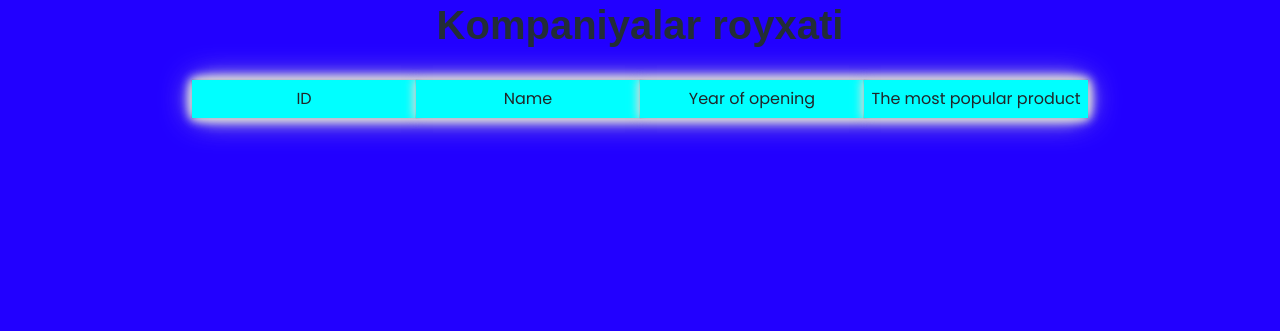
Repository: maqsudov0371/vazifa
Page: http://localhost/register/
These files come from the project's save history. The page is drawn as it stood at one moment and after the next save; the edit follows.
The browser window is 1280 px wide. The pictures show the whole page.
Some web fonts or font styles are not loaded; a fallback is used. The page is served by the project's application, run on Django 5.2 (manage.py). Other server files are loaded and not shown.

Above is the page before, as saved 2024-07-19 10:41:57.

### templates/register.html
<!doctype html>
<html lang="en">
<head>
    <meta charset="UTF-8">
    <meta name="viewport"
          content="width=device-width, user-scalable=no, initial-scale=1.0, maximum-scale=1.0, minimum-scale=1.0">
    <meta http-equiv="X-UA-Compatible" content="ie=edge">
    <title>MY LISTS</title>
    <link rel="stylesheet" href="style.css">

    <style>

/* Cascading style sheets */
body{
    background: rgb(34, 0, 255);
}

div{
    color: black;
    font-size: 20px;
    text-align: center;
}



table{
    width:50%;
    margin: 20px auto;

}
td{
    width: 20%;
    margin: 30px auto;
    background-color: aqua;
    text-align: center;
    padding: 7px;
    box-shadow: 0px 0px 10px silver, 0px 0px 10px white, 0px 0px 1px black;
}


table{
    width: 70%;
    margin: 30px auto;
    background-color: aqua;
    text-align: center;
    padding: 25px;
    border-radius: 15px;
    box-shadow: 0 0 30px silver, 0 0 15px white;
}

input{
    height: 25px;
    margin: 15px;
}

    </style>


</head>
<body>
    <div class="register">
        <h1>{{ list2 }}</h1>
    </div>
<!--<h2>  Hello world !  </h2>-->
<!--<h6>  Hello world !  </h6>-->
<!--<br>-->
<!--<input type="text">-->
<!--<img src="https://miro.medium.com/v2/resize:fit:1200/1*aYjzU0FuWPY9A87IKVN1Kg.jpeg" alt="No image">-->

<table >
    <thead>
        <tr>
            <td>ID</td>
            <td>Name</td>
            <td>Year of opening</td>
            <td>The most popular product</td>
        </tr>
    </thead>
    <tbody>
        {% for company in companys %}
        <!-- <td>{{ company.id }}</td>
    <tr>
        <td>{{ company.id }}</td>
        <td>{{ company.name }}</td>
        <td>{{ company.year }}</td>
        <td>{{ company.popular }}</td>
    </tr>
    {% endfor %}
    </tbody>
</table>
<br>
<br>




</body>
</html>

### main/views.py
from django.shortcuts import render


def blogs(request):
    cars = [
        {'id': 1 ,'name': 'BMW M5 E60', 'color': 'black', 'year': '2010'},
        {'id': 2, 'name': 'Mercedes-Benz S-Class', 'color': 'white', 'year': '2020'},
        {'id': 3, 'name': 'Toyota Camry', 'color': 'red', 'year': '2015'},
        {'id': 4, 'name': 'Honda Accord', 'color': 'blue', 'year': '2018'},
        ]
    context = {
        'list':'Mashinalar royhati',
        'cars': cars
    }
    return render(request, 'blog.html', context)


def register(request):
    companys = [
        {'id': 1, 'name': 'Tesla', 'year': '2003', 'popular': 'cars'},
        {'id': 2, 'name': 'Google', 'year': '1998', 'popular': 'search engine'},
        {'id': 3, 'name': 'Facebook', 'year': '2004', 'popular': 'social media'},
        {'id': 4, 'name': 'Instagram', 'year': '2010', 'popular': 'photo sharing'}

    ]
    context = {
        'list2':'Kompaniyalar royxati',
        'companys': companys
    }
    return render(request, 'register.html', context)


def comment_create(request):
    context = {
        'list3':'Dasturlash turlari'
    }
    return render(request, 'login.html', context)

### Blog/urls.py
"""
URL configuration for Blog project.

The `urlpatterns` list routes URLs to views. For more information please see:
    https://docs.djangoproject.com/en/5.0/topics/http/urls/
Examples:
Function views
    1. Add an import:  from my_app import views
    2. Add a URL to urlpatterns:  path('', views.home, name='home')
Class-based views
    1. Add an import:  from other_app.views import Home
    2. Add a URL to urlpatterns:  path('', Home.as_view(), name='home')
Including another URLconf
    1. Import the include() function: from django.urls import include, path
    2. Add a URL to urlpatterns:  path('blog/', include('blog.urls'))
"""
from django.contrib import admin
from django.urls import path, include
from django.conf.urls.static import static
from django.conf import settings

urlpatterns = [
    path('admin/', admin.site.urls),
    path('', include('main.urls'))
]+static(settings.MEDIA_URL, document_root=settings.MEDIA_ROOT)

### main/urls.py
from django.urls import path, include
from . import views

urlpatterns = [
    path('', views.blogs, name='index'),
    path('register/', views.register, name='register'),
    path('comment/create/', views.comment_create, name='comment_create'),
    path('authenticate/', include('main.authentication.urls')),
    path('dashboard/', include('main.dashboard.urls'))
]

### main/authentication/urls.py
from . import views
from django.urls import path

urlpatterns = [
    path('register', views.register_user, name='register_user'),
    path('login', views.login_user, name='login_user'),
    path('logout', views.log_out, name='log_out')
]

### main/dashboard/urls.py
from django.urls import path
from . import views

urlpatterns = [
    path('create/', views.blog_create, name='blog_create'),
    path('update/<int:id>/', views.blog_update, name='blog_update'),
    path('delete/<int:id>/', views.blog_delete, name='blog_delete'),
    path('blogs/', views.my_blogs, name='my_blogs'),
]

### static/css/others/pe-icon-7-stroke.css
@font-face {
	font-family: 'Pe-icon-7-stroke';
	src:url('../../fonts/Pe-icon-7-stroke.eot?d7yf1v');
	src:url('../../fonts/Pe-icon-7-stroke.eot?#iefixd7yf1v') format('embedded-opentype'),
		url('../../fonts/Pe-icon-7-stroke.woff?d7yf1v') format('woff'),
		url('../../fonts/Pe-icon-7-stroke.ttf?d7yf1v') format('truetype'),
		url('../../fonts/Pe-icon-7-stroke.svg?d7yf1v#Pe-icon-7-stroke') format('svg');
	font-weight: normal;
	font-style: normal;
}

[class^="pe-7s-"], [class*=" pe-7s-"] {
	display: inline-block;
	font-family: 'Pe-icon-7-stroke';
	speak: none;
	font-style: normal;
	font-weight: normal;
	font-variant: normal;
	text-transform: none;
	line-height: 1;

	/* Better Font Rendering =========== */
	-webkit-font-smoothing: antialiased;
	-moz-osx-font-smoothing: grayscale;
}

.pe-7s-album:before {
	content: "\e6aa";
}
.pe-7s-arc:before {
	content: "\e6ab";
}
.pe-7s-back-2:before {
	content: "\e6ac";
}
.pe-7s-bandaid:before {
	content: "\e6ad";
}
.pe-7s-car:before {
	content: "\e6ae";
}
.pe-7s-diamond:before {
	content: "\e6af";
}
.pe-7s-door-lock:before {
	content: "\e6b0";
}
.pe-7s-eyedropper:before {
	content: "\e6b1";
}
.pe-7s-female:before {
	content: "\e6b2";
}
.pe-7s-gym:before {
	content: "\e6b3";
}
.pe-7s-hammer:before {
	content: "\e6b4";
}
.pe-7s-headphones:before {
	content: "\e6b5";
}
.pe-7s-helm:before {
	content: "\e6b6";
}
.pe-7s-hourglass:before {
	content: "\e6b7";
}
.pe-7s-leaf:before {
	content: "\e6b8";
}
.pe-7s-magic-wand:before {
	content: "\e6b9";
}
.pe-7s-male:before {
	content: "\e6ba";
}
.pe-7s-map-2:before {
	content: "\e6bb";
}
.pe-7s-next-2:before {
	content: "\e6bc";
}
.pe-7s-paint-bucket:before {
	content: "\e6bd";
}
.pe-7s-pendrive:before {
	content: "\e6be";
}
.pe-7s-photo:before {
	content: "\e6bf";
}
.pe-7s-piggy:before {
	content: "\e6c0";
}
.pe-7s-plugin:before {
	content: "\e6c1";
}
.pe-7s-refresh-2:before {
	content: "\e6c2";
}
.pe-7s-rocket:before {
	content: "\e6c3";
}
.pe-7s-settings:before {
	content: "\e6c4";
}
.pe-7s-shield:before {
	content: "\e6c5";
}
.pe-7s-smile:before {
	content: "\e6c6";
}
.pe-7s-usb:before {
	content: "\e6c7";
}
.pe-7s-vector:before {
	content: "\e6c8";
}
.pe-7s-wine:before {
	content: "\e6c9";
}
.pe-7s-cloud-upload:before {
	content: "\e68a";
}
.pe-7s-cash:before {
	content: "\e68c";
}
.pe-7s-close:before {
	content: "\e680";
}
.pe-7s-bluetooth:before {
	content: "\e68d";
}
.pe-7s-cloud-download:before {
	content: "\e68b";
}
.pe-7s-way:before {
	content: "\e68e";
}
.pe-7s-close-circle:before {
	content: "\e681";
}
.pe-7s-id:before {
	content: "\e68f";
}
.pe-7s-angle-up:before {
	content: "\e682";
}
.pe-7s-wristwatch:before {
	content: "\e690";
}
.pe-7s-angle-up-circle:before {
	content: "\e683";
}
.pe-7s-world:before {
	content: "\e691";
}
.pe-7s-angle-right:before {
	content: "\e684";
}
.pe-7s-volume:before {
	content: "\e692";
}
.pe-7s-angle-right-circle:before {
	content: "\e685";
}
.pe-7s-users:before {
	content: "\e693";
}
.pe-7s-angle-left:before {
	content: "\e686";
}
.pe-7s-user-female:before {
	content: "\e694";
}
.pe-7s-angle-left-circle:before {
	content: "\e687";
}
.pe-7s-up-arrow:before {
	content: "\e695";
}
.pe-7s-angle-down:before {
	content: "\e688";
}
.pe-7s-switch:before {
	content: "\e696";
}
.pe-7s-angle-down-circle:before {
	content: "\e689";
}
.pe-7s-scissors:before {
	content: "\e697";
}
.pe-7s-wallet:before {
	content: "\e600";
}
.pe-7s-safe:before {
	content: "\e698";
}
.pe-7s-volume2:before {
	content: "\e601";
}
.pe-7s-volume1:before {
	content: "\e602";
}
.pe-7s-voicemail:before {
	content: "\e603";
}
.pe-7s-video:before {
	content: "\e604";
}
.pe-7s-user:before {
	content: "\e605";
}
.pe-7s-upload:before {
	content: "\e606";
}
.pe-7s-unlock:before {
	content: "\e607";
}
.pe-7s-umbrella:before {
	content: "\e608";
}
.pe-7s-trash:before {
	content: "\e609";
}
.pe-7s-tools:before {
	content: "\e60a";
}
.pe-7s-timer:before {
	content: "\e60b";
}
.pe-7s-ticket:before {
	content: "\e60c";
}
.pe-7s-target:before {
	content: "\e60d";
}
.pe-7s-sun:before {
	content: "\e60e";
}
.pe-7s-study:before {
	content: "\e60f";
}
.pe-7s-stopwatch:before {
	content: "\e610";
}
.pe-7s-star:before {
	content: "\e611";
}
.pe-7s-speaker:before {
	content: "\e612";
}
.pe-7s-signal:before {
	content: "\e613";
}
.pe-7s-shuffle:before {
	content: "\e614";
}
.pe-7s-shopbag:before {
	content: "\e615";
}
.pe-7s-share:before {
	content: "\e616";
}
.pe-7s-server:before {
	content: "\e617";
}
.pe-7s-search:before {
	content: "\e618";
}
.pe-7s-film:before {
	content: "\e6a5";
}
.pe-7s-science:before {
	content: "\e619";
}
.pe-7s-disk:before {
	content: "\e6a6";
}
.pe-7s-ribbon:before {
	content: "\e61a";
}
.pe-7s-repeat:before {
	content: "\e61b";
}
.pe-7s-refresh:before {
	content: "\e61c";
}
.pe-7s-add-user:before {
	content: "\e6a9";
}
.pe-7s-refresh-cloud:before {
	content: "\e61d";
}
.pe-7s-paperclip:before {
	content: "\e69c";
}
.pe-7s-radio:before {
	content: "\e61e";
}
.pe-7s-note2:before {
	content: "\e69d";
}
.pe-7s-print:before {
	content: "\e61f";
}
.pe-7s-network:before {
	content: "\e69e";
}
.pe-7s-prev:before {
	content: "\e620";
}
.pe-7s-mute:before {
	content: "\e69f";
}
.pe-7s-power:before {
	content: "\e621";
}
.pe-7s-medal:before {
	content: "\e6a0";
}
.pe-7s-portfolio:before {
	content: "\e622";
}
.pe-7s-like2:before {
	content: "\e6a1";
}
.pe-7s-plus:before {
	content: "\e623";
}
.pe-7s-left-arrow:before {
	content: "\e6a2";
}
.pe-7s-play:before {
	content: "\e624";
}
.pe-7s-key:before {
	content: "\e6a3";
}
.pe-7s-plane:before {
	content: "\e625";
}
.pe-7s-joy:before {
	content: "\e6a4";
}
.pe-7s-photo-gallery:before {
	content: "\e626";
}
.pe-7s-pin:before {
	content: "\e69b";
}
.pe-7s-phone:before {
	content: "\e627";
}
.pe-7s-plug:before {
	content: "\e69a";
}
.pe-7s-pen:before {
	content: "\e628";
}
.pe-7s-right-arrow:before {
	content: "\e699";
}
.pe-7s-paper-plane:before {
	content: "\e629";
}
.pe-7s-delete-user:before {
	content: "\e6a7";
}
.pe-7s-paint:before {
	content: "\e62a";
}
.pe-7s-bottom-arrow:before {
	content: "\e6a8";
}
.pe-7s-notebook:before {
	content: "\e62b";
}
.pe-7s-note:before {
	content: "\e62c";
}
.pe-7s-next:before {
	content: "\e62d";
}
.pe-7s-news-paper:before {
	content: "\e62e";
}
.pe-7s-musiclist:before {
	content: "\e62f";
}
.pe-7s-music:before {
	content: "\e630";
}
.pe-7s-mouse:before {
	content: "\e631";
}
.pe-7s-more:before {
	content: "\e632";
}
.pe-7s-moon:before {
	content: "\e633";
}
.pe-7s-monitor:before {
	content: "\e634";
}
.pe-7s-micro:before {
	content: "\e635";
}
.pe-7s-menu:before {
	content: "\e636";
}
.pe-7s-map:before {
	content: "\e637";
}
.pe-7s-map-marker:before {
	content: "\e638";
}
.pe-7s-mail:before {
	content: "\e639";
}
.pe-7s-mail-open:before {
	content: "\e63a";
}
.pe-7s-mail-open-file:before {
	content: "\e63b";
}
.pe-7s-magnet:before {
	content: "\e63c";
}
.pe-7s-loop:before {
	content: "\e63d";
}
.pe-7s-look:before {
	content: "\e63e";
}
.pe-7s-lock:before {
	content: "\e63f";
}
.pe-7s-lintern:before {
	content: "\e640";
}
.pe-7s-link:before {
	content: "\e641";
}
.pe-7s-like:before {
	content: "\e642";
}
.pe-7s-light:before {
	content: "\e643";
}
.pe-7s-less:before {
	content: "\e644";
}
.pe-7s-keypad:before {
	content: "\e645";
}
.pe-7s-junk:before {
	content: "\e646";
}
.pe-7s-info:before {
	content: "\e647";
}
.pe-7s-home:before {
	content: "\e648";
}
.pe-7s-help2:before {
	content: "\e649";
}
.pe-7s-help1:before {
	content: "\e64a";
}
.pe-7s-graph3:before {
	content: "\e64b";
}
.pe-7s-graph2:before {
	content: "\e64c";
}
.pe-7s-graph1:before {
	content: "\e64d";
}
.pe-7s-graph:before {
	content: "\e64e";
}
.pe-7s-global:before {
	content: "\e64f";
}
.pe-7s-gleam:before {
	content: "\e650";
}
.pe-7s-glasses:before {
	content: "\e651";
}
.pe-7s-gift:before {
	content: "\e652";
}
.pe-7s-folder:before {
	content: "\e653";
}
.pe-7s-flag:before {
	content: "\e654";
}
.pe-7s-filter:before {
	content: "\e655";
}
.pe-7s-file:before {
	content: "\e656";
}
.pe-7s-expand1:before {
	content: "\e657";
}
.pe-7s-exapnd2:before {
	content: "\e658";
}
.pe-7s-edit:before {
	content: "\e659";
}
.pe-7s-drop:before {
	content: "\e65a";
}
.pe-7s-drawer:before {
	content: "\e65b";
}
.pe-7s-download:before {
	content: "\e65c";
}
.pe-7s-display2:before {
	content: "\e65d";
}
.pe-7s-display1:before {
	content: "\e65e";
}
.pe-7s-diskette:before {
	content: "\e65f";
}
.pe-7s-date:before {
	content: "\e660";
}
.pe-7s-cup:before {
	content: "\e661";
}
.pe-7s-culture:before {
	content: "\e662";
}
.pe-7s-crop:before {
	content: "\e663";
}
.pe-7s-credit:before {
	content: "\e664";
}
.pe-7s-copy-file:before {
	content: "\e665";
}
.pe-7s-config:before {
	content: "\e666";
}
.pe-7s-compass:before {
	content: "\e667";
}
.pe-7s-comment:before {
	content: "\e668";
}
.pe-7s-coffee:before {
	content: "\e669";
}
.pe-7s-cloud:before {
	content: "\e66a";
}
.pe-7s-clock:before {
	content: "\e66b";
}
.pe-7s-check:before {
	content: "\e66c";
}
.pe-7s-chat:before {
	content: "\e66d";
}
.pe-7s-cart:before {
	content: "\e66e";
}
.pe-7s-camera:before {
	content: "\e66f";
}
.pe-7s-call:before {
	content: "\e670";
}
.pe-7s-calculator:before {
	content: "\e671";
}
.pe-7s-browser:before {
	content: "\e672";
}
.pe-7s-box2:before {
	content: "\e673";
}
.pe-7s-box1:before {
	content: "\e674";
}
.pe-7s-bookmarks:before {
	content: "\e675";
}
.pe-7s-bicycle:before {
	content: "\e676";
}
.pe-7s-bell:before {
	content: "\e677";
}
.pe-7s-battery:before {
	content: "\e678";
}
.pe-7s-ball:before {
	content: "\e679";
}
.pe-7s-back:before {
	content: "\e67a";
}
.pe-7s-attention:before {
	content: "\e67b";
}
.pe-7s-anchor:before {
	content: "\e67c";
}
.pe-7s-albums:before {
	content: "\e67d";
}
.pe-7s-alarm:before {
	content: "\e67e";
}
.pe-7s-airplay:before {
	content: "\e67f";
}

Loaded but not shown: static/css/bootstrap/bootstrap.min.css (library); static/css/others/animate.css (library); static/css/others/magnific-popup.css (library); static/css/others/meanmenu.min.css (common file); static/css/others/owl.carousel.min.css (common file); static/css/others/font-awesome.min.css (library); static/style.css (1489 lines, source omitted)

After the next save:
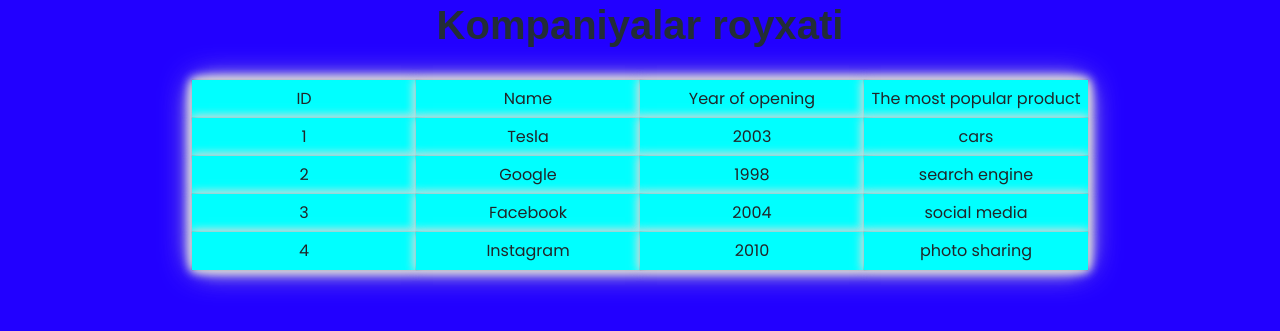
Saved 6 s later.
--- a/templates/register.html
+++ b/templates/register.html
@@ -78,7 +78,6 @@
     </thead>
     <tbody>
         {% for company in companys %}
-        <!-- <td>{{ company.id }}</td>
     <tr>
         <td>{{ company.id }}</td>
         <td>{{ company.name }}</td>
